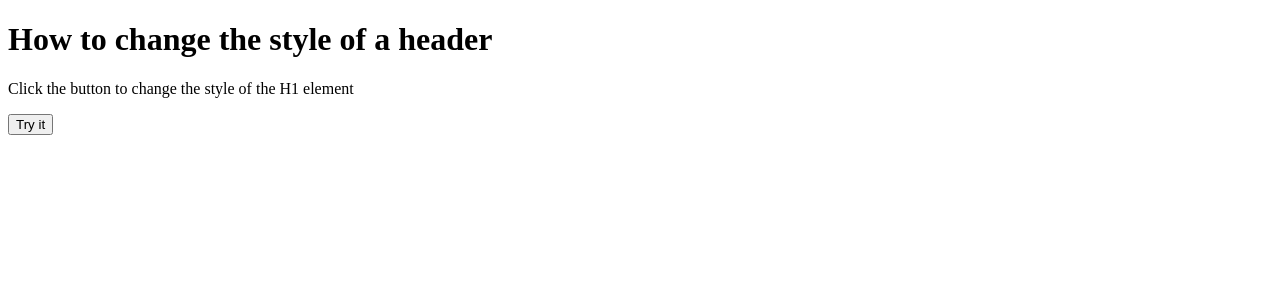
Repository: neem693/workspace
Page: studyhtml5/WebContent/ch05/practice_dom/practice_41.html
An editor plug-in stored every save of this project. The page is shown before and after the next save, followed by the edit.
The browser window is 1280 px wide. The pictures show the whole page.

Above is the page before, as saved 2018-03-19 00:26:19.

After the next save:
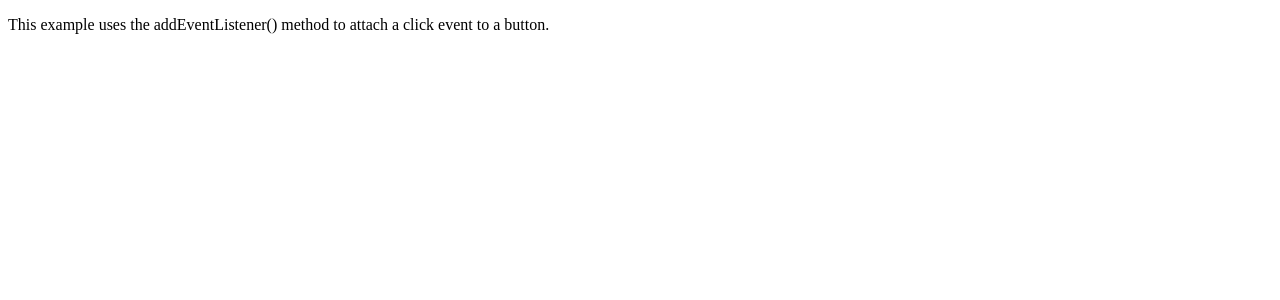
Saved 22 min 30 s later.
--- a/studyhtml5/WebContent/ch05/practice_dom/practice_41.html
+++ b/studyhtml5/WebContent/ch05/practice_dom/practice_41.html
@@ -11,16 +11,6 @@
 </head>
 <body>
 
-<h1 id = "myH1">How to change the style of a header</h1>
-
-<p>Click the button to change the style of the H1 element</p>
-<button onclick = 'myFunction()'>Try it</button>
-
-<script>
-function myFunction(){
-    document.getElementById("myH1").style.color = "red";
-}</script>
-
-
+<p>This example uses the addEventListener() method to attach a click event to a button.</p>
 </body>
 </html>
